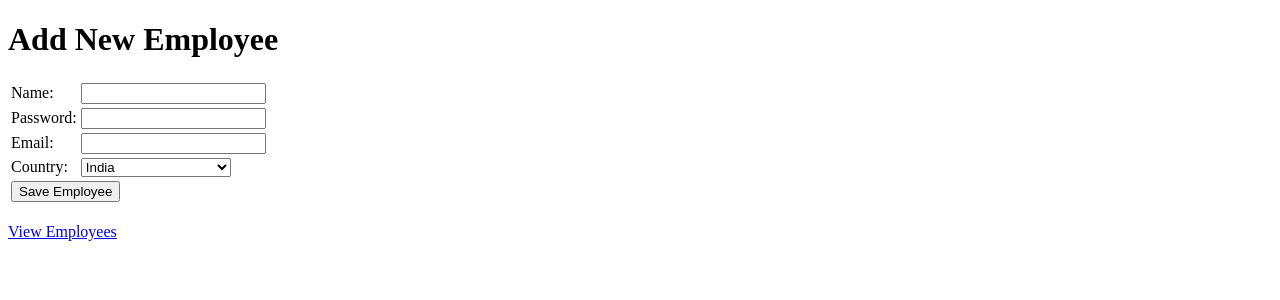
Repository: DhirajMG/ibm-fsd-000GLQ
Page: Java - 000GLQ/Employee/WebContent/index.html
An editor plug-in stored every save of this project. The page is shown before and after the next save, followed by the edit.
The browser window is 1280 px wide. The pictures show the whole page.

Above is the page before, as saved 2019-08-28 05:43:55.

After the next save:
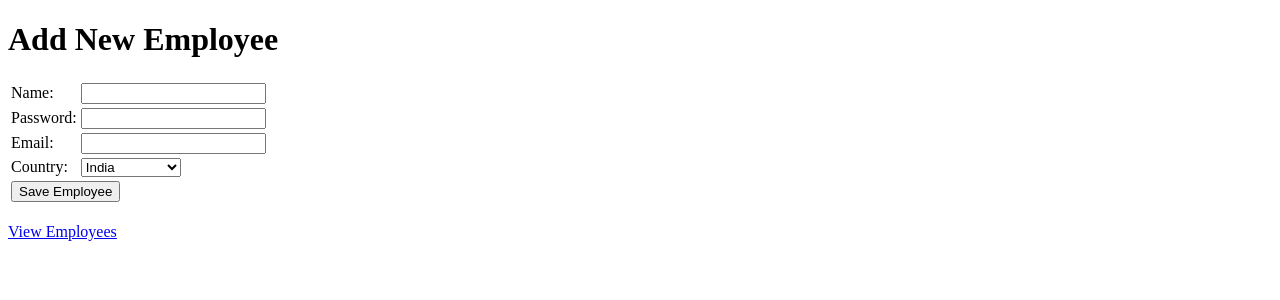
Saved 6 min 56 s later.
--- a/Java - 000GLQ/Employee/WebContent/index.html
+++ b/Java - 000GLQ/Employee/WebContent/index.html
@@ -13,7 +13,7 @@
 <tr><td>Password:</td><td><input type="password" name="password"/></td></tr>
 <tr><td>Email:</td><td><input type="email" name="email"/></td></tr>
 <tr><td>Country:</td><td>
-<select name="country" style="width:150px">
+<select name="country" style="width:100px">
 <option>India</option>
 <option>China</option>
 <option>Japan</option>
